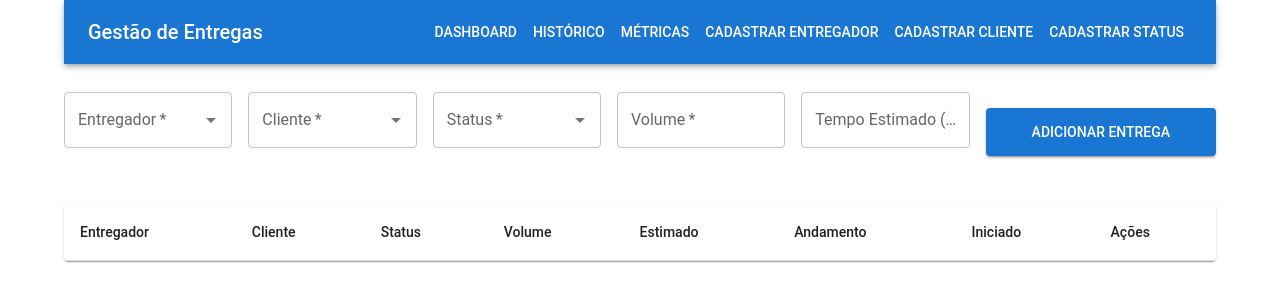
Repository: feliperanon/mobilegestao
Page: /dashboard (app in frontend/)
The author's editor kept a copy of each file at every save. The page is drawn from the files as they stood at one save, then again after the next save.
The browser window is 1280 px wide. The pictures show the whole page.
The page's requests for data from a server got no answer. The project was rebuilt for these pictures with package versions that can differ from the ones it lists, and the page was loaded fresh each time. No one was signed in, and anything a server would have sent is missing. Also part of the build but not shown: frontend/webpack.config.js, frontend/src/pages/Home.js, frontend/src/pages/History.js, frontend/src/pages/Analysis.js, frontend/src/components/Login.js, frontend/src/components/Register.js, frontend/src/components/AddEntregador.js, frontend/src/components/AddCliente.js and 2 more.

Above is the page before, as saved 2024-07-20 20:27:13.

After the next save:
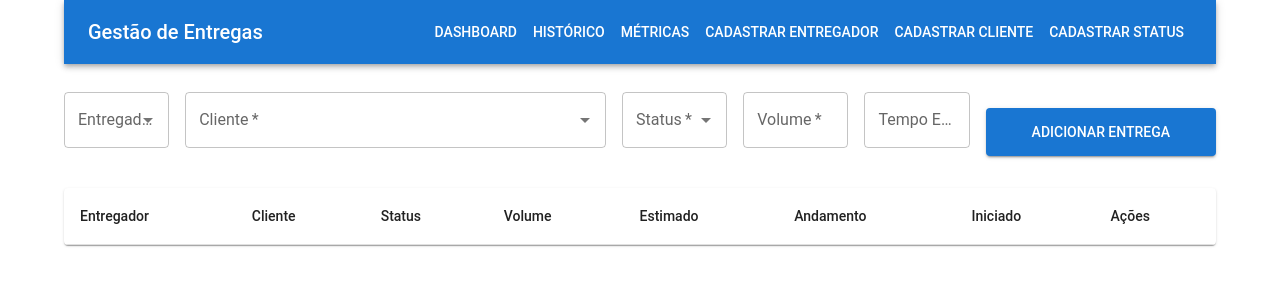
Saved 16 s later.
--- a/frontend/src/components/Dashboard.js
+++ b/frontend/src/components/Dashboard.js
@@ -167,7 +167,7 @@ const Dashboard = () => {
       <Navigation />
       <Typography variant="h4" component="h1" gutterBottom>
               </Typography>
-      <Box component="form" onSubmit={handleSubmit} sx={{ mb: 6, display: 'flex', flexDirection: 'row', flexWrap: 'wrap', gap: 2 }}>
+      <Box component="form" onSubmit={handleSubmit} sx={{ mb: 4, display: 'flex', flexDirection: 'row', flexWrap: 'wrap', gap: 2 }}>
         <Autocomplete
           options={entregadores}
           getOptionLabel={(option) => option.nome}
@@ -182,7 +182,7 @@ const Dashboard = () => {
           value={cliente}
           onChange={(event, newValue) => setCliente(newValue)}
           renderInput={(params) => <TextField {...params} label="Cliente" margin="normal" fullWidth required />}
-          sx={{ flex: 1 }}
+          sx={{ flex: 4 }}
         />
         <Autocomplete
           options={statusList}
